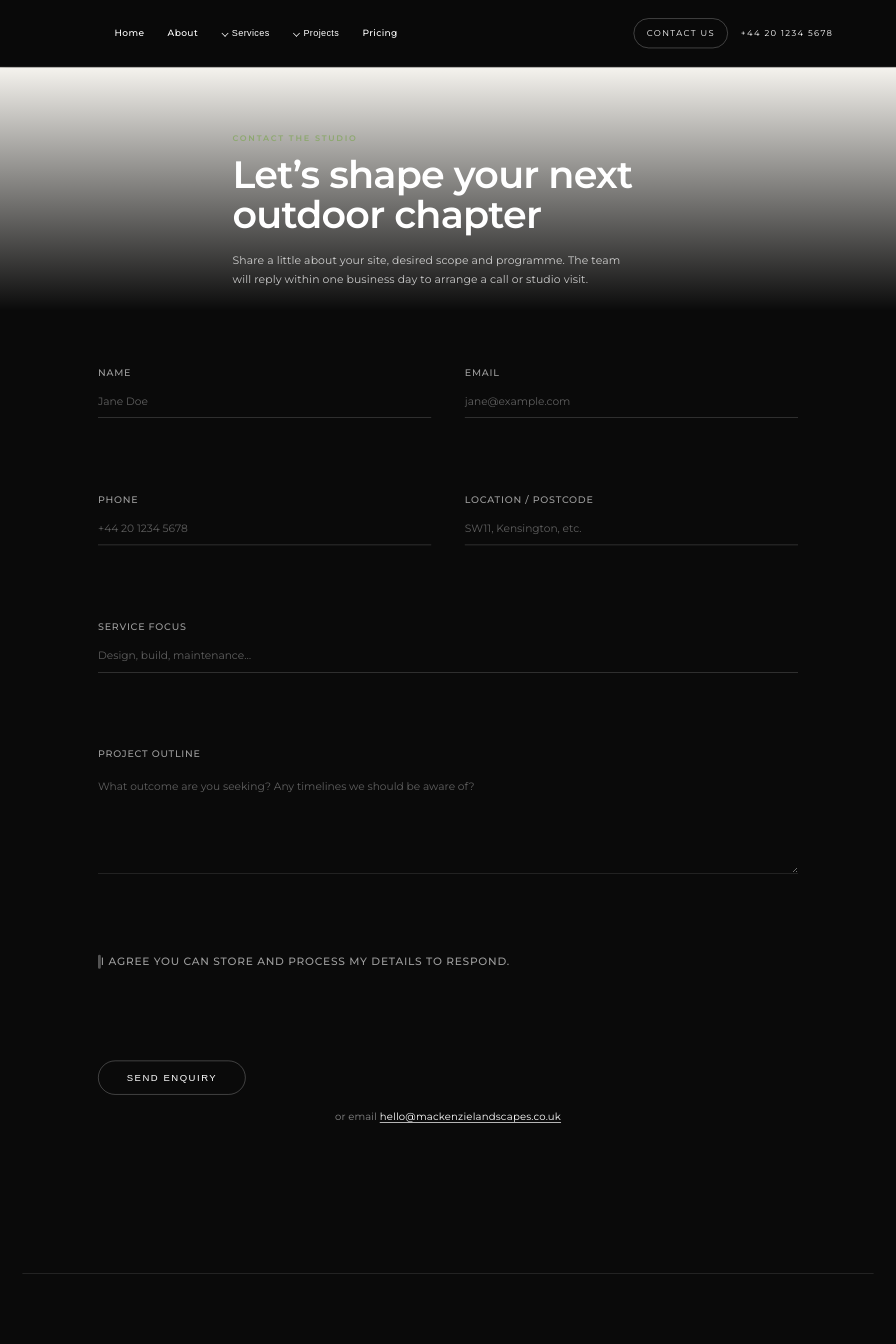
Repository: JoelMann1/MackenzieLandscapes
Page: contact.html
These files come from the project's save history. The page is drawn as it stood at one moment and after the next save; the edit follows.
The browser window is 1280 px wide. The pictures show the part of the page from y = 0 to 1920 px (the page is 2714 px tall before and 2614 px after), at 70% of full size.

Above is the page before, as saved 2025-10-22 16:20:11.

### contact.html
<!doctype html>
<html lang="en-GB">
<head>
  <meta charset="utf-8" />
  <meta name="viewport" content="width=device-width, initial-scale=1" />
  <title>Contact &mdash; Mackenzie Landscapes</title>
  <meta name="description" content="Send us a message for a quote. Simple form with name, email, and message.">
  <meta name="theme-color" content="#1B8A64">
  <link rel="canonical" href="https://mackenzielandscapes.uk/contact.html">
  <link rel="icon" href="assets/img/favicon.svg" type="image/svg+xml">
  <link rel="stylesheet" href="assets/css/styles.css">
  <meta property="og:title" content="Contact &mdash; Mackenzie Landscapes">
  <meta property="og:description" content="Tell us about your outdoor space and we will respond within one business day.">
  <meta property="og:type" content="website">
  <meta property="og:url" content="https://mackenzielandscapes.uk/contact.html">
  <meta property="og:image" content="https://mackenzielandscapes.uk/assets/img/IMG-4079-768x1024.jpg">
  <meta property="og:locale" content="en_GB">
</head>
<body class="page--dark">
<a class="skip-link" href="#content">Skip to content</a>
<header class="site-header site-header--light" data-header>
  <div class="nav-inner">
    <a class="logo" href="index.html" aria-label="Mackenzie Landscapes home">
      <svg aria-hidden="true" viewBox="0 0 64 64"><use href="assets/img/favicon.svg#leaf"/></svg>
      <span class="visually-hidden">Mackenzie Landscapes</span>
    </a>
    <nav class="primary-nav" aria-label="Primary">
      <ul class="menu" role="menubar">
        <li class="menu-item"><a role="menuitem" href="index.html">Home</a></li>
        <li class="menu-item"><a role="menuitem" href="about.html">About</a></li>
        <li class="menu-item has-panel" data-menu="services">
          <button class="menu-trigger" type="button" aria-expanded="false" aria-controls="panel-services" role="menuitem">
            Services
          </button>
          <div id="panel-services" class="menu-panel" role="menu" hidden>
            <div class="panel-col" role="none">
              <span class="panel-heading">Design &amp; Planning</span>
              <a role="menuitem" href="concept-and-design.html">Concept &amp; Design</a>
              <a role="menuitem" href="softscaping.html">Softscaping</a>
            </div>
            <div class="panel-col" role="none">
              <span class="panel-heading">Build &amp; Care</span>
              <a role="menuitem" href="hardscaping.html">Hardscaping</a>
              <a role="menuitem" href="tree-care.html">Tree Care</a>
              <a role="menuitem" href="commercial.html">Commercial</a>
              <a role="menuitem" href="maintenance.html">Maintenance</a>
            </div>
          </div>
        </li>
        <li class="menu-item has-panel" data-menu="projects">
          <button class="menu-trigger" type="button" aria-expanded="false" aria-controls="panel-projects" role="menuitem">
            Projects
          </button>
          <div id="panel-projects" class="menu-panel" role="menu" hidden>
            <div class="panel-col" role="none">
              <span class="panel-heading">Featured</span>
              <a role="menuitem" href="gallery.html">Gallery Overview</a>
              <a role="menuitem" href="gallery.html#lighting">Lighting &amp; ambience</a>
            </div>
            <div class="panel-col" role="none">
              <span class="panel-heading">Details</span>
              <a role="menuitem" href="gallery.html#hardscape">Hardscape detailing</a>
              <a role="menuitem" href="gallery.html#planting">Planting inspiration</a>
            </div>
          </div>
        </li>
        <li class="menu-item"><a role="menuitem" href="pricing.html">Pricing</a></li>
      </ul>
    </nav>
    <div class="nav-cta">
      <a class="cta" href="contact.html">Contact Us</a>
      <a class="phone" href="tel:+442012345678">+44 20 1234 5678</a>
    </div>
    <button class="mobile-menu-toggle" type="button" aria-label="Toggle mobile menu" aria-expanded="false" aria-controls="mobile-menu">
      <span class="hamburger-line"></span>
      <span class="hamburger-line"></span>
      <span class="hamburger-line"></span>
    </button>
  </div>
</header>

<!-- Mobile Menu Overlay -->
<div class="mobile-menu" id="mobile-menu" aria-hidden="true">
  <div class="mobile-menu__inner">
    <nav class="mobile-nav" aria-label="Mobile navigation">
      <ul class="mobile-menu__list">
        <li class="mobile-menu__item">
          <a href="index.html" class="mobile-menu__link">Home</a>
        </li>
        <li class="mobile-menu__item">
          <a href="about.html" class="mobile-menu__link">About</a>
        </li>
        <li class="mobile-menu__item mobile-menu__item--has-submenu">
          <button class="mobile-menu__link mobile-submenu-toggle" type="button" aria-expanded="false">
            Services
            <svg class="submenu-arrow" width="12" height="12" viewBox="0 0 12 12" fill="none">
              <path d="M2 4L6 8L10 4" stroke="currentColor" stroke-width="2" stroke-linecap="round"/>
            </svg>
          </button>
          <ul class="mobile-submenu">
            <li><a href="concept-and-design.html">Concept &amp; Design</a></li>
            <li><a href="softscaping.html">Softscaping</a></li>
            <li><a href="hardscaping.html">Hardscaping</a></li>
            <li><a href="tree-care.html">Tree Care</a></li>
            <li><a href="commercial.html">Commercial</a></li>
            <li><a href="maintenance.html">Maintenance</a></li>
          </ul>
        </li>
        <li class="mobile-menu__item mobile-menu__item--has-submenu">
          <button class="mobile-menu__link mobile-submenu-toggle" type="button" aria-expanded="false">
            Projects
            <svg class="submenu-arrow" width="12" height="12" viewBox="0 0 12 12" fill="none">
              <path d="M2 4L6 8L10 4" stroke="currentColor" stroke-width="2" stroke-linecap="round"/>
            </svg>
          </button>
          <ul class="mobile-submenu">
            <li><a href="gallery.html">Gallery Overview</a></li>
            <li><a href="gallery.html#residential">Residential Gardens</a></li>
            <li><a href="gallery.html#lighting">Lighting Schemes</a></li>
            <li><a href="gallery.html#hardscape">Hardscape Detailing</a></li>
          </ul>
        </li>
        <li class="mobile-menu__item">
          <a href="pricing.html" class="mobile-menu__link">Pricing</a>
        </li>
      </ul>
      <div class="mobile-menu__cta">
        <a class="mobile-cta-btn" href="contact.html">Contact Us</a>
        <a class="mobile-phone" href="tel:+442012345678">+44 20 1234 5678</a>
      </div>
    </nav>
  </div>
</div>
<main id="content">

<section class="page-hero page-hero--contact page-hero--dark">
  <div class="container narrow">
    <p class="eyebrow eyebrow--light">Contact the studio</p>
    <h1 class="section-title section-title--display">Let&rsquo;s shape your next outdoor chapter</h1>
    <p class="page-hero__lede">Share a little about your site, desired scope and programme. The team will reply within one business day to arrange a call or studio visit.</p>
  </div>
</section><div id="header-sentinel" aria-hidden="true"></div>

<section class="section section--contact">
  <div class="container contact">
    <form id="contact-form" class="contact-form" action="https://formspree.io/f/YOUR_FORM_ID" method="POST" novalidate>
      <div class="field">
        <label for="name">Name</label>
        <input id="name" name="name" type="text" required placeholder="Jane Doe" autocomplete="name">
        <small class="error" data-for="name"></small>
      </div>
      <div class="field">
        <label for="email">Email</label>
        <input id="email" name="email" type="email" required placeholder="jane@example.com" autocomplete="email">
        <small class="error" data-for="email"></small>
      </div>
      <div class="field">
        <label for="phone">Phone</label>
        <input id="phone" name="phone" type="tel" required placeholder="+44 20 1234 5678" autocomplete="tel">
        <small class="error" data-for="phone"></small>
      </div>
      <div class="field">
        <label for="location">Location / Postcode</label>
        <input id="location" name="location" type="text" required placeholder="SW11, Kensington, etc." autocomplete="postal-code">
        <small class="error" data-for="location"></small>
      </div>
      <div class="field field--full">
        <label for="services">Service focus</label>
        <input id="services" name="services" type="text" required placeholder="Design, build, maintenance&hellip;">
        <small class="error" data-for="services"></small>
      </div>
      <div class="field field--full">
        <label for="message">Project outline</label>
        <textarea id="message" name="message" rows="6" required placeholder="What outcome are you seeking? Any timelines we should be aware of?"></textarea>
        <small class="error" data-for="message"></small>
      </div>
      <div class="field field--checkbox field--full">
        <label class="checkbox-label">
          <input type="checkbox" name="consent" required class="checkbox-input">
          <span class="checkbox-custom"></span>
          <span class="checkbox-text">I agree you can store and process my details to respond.</span>
        </label>
        <small class="error" data-for="consent"></small>
      </div>
      <input type="hidden" name="_subject" value="New enquiry from Mackenzie Landscapes site">
      <div class="contact-form__actions">
        <button class="btn btn--outline-light" type="submit">Send enquiry</button>
        <span class="contact-form__alt">or email <a href="mailto:hello@mackenzielandscapes.co.uk">hello@mackenzielandscapes.co.uk</a></span>
      </div>
      <p class="form-status" role="status" aria-live="polite"></p>
    </form>
  </div>
</section>

</main>
<footer class="site-footer">
  <div class="container">
    <div class="footer-hero">
      <h2 class="footer-hero__title">
        <span class="footer-hero__line" data-footer-line>Let's create</span>
        <span class="footer-hero__line footer-hero__line--large" data-footer-line>something</span>
        <span class="footer-hero__line footer-hero__line--accent" data-footer-line>extraordinary</span>
      </h2>
      <div class="footer-hero__cta" data-footer-fade>
        <a href="contact.html" class="footer-cta-btn">Start a project</a>
      </div>
    </div>

    <div class="footer-content">
      <div class="footer-main">
        <div class="footer-brand" data-footer-fade>
          <h3>Mackenzie<br>Landscapes</h3>
          <p>Modern landscaping &amp; garden design for Central &amp; South West London.</p>
        </div>

        <nav class="footer-nav" aria-label="Footer navigation" data-footer-fade>
          <div class="footer-nav__col">
            <h4>Explore</h4>
            <ul>
              <li><a href="about.html">About</a></li>
              <li><a href="gallery.html">Gallery</a></li>
              <li><a href="concept-and-design.html">Design</a></li>
              <li><a href="maintenance.html">Maintenance</a></li>
            </ul>
          </div>
          <div class="footer-nav__col">
            <h4>Connect</h4>
            <ul>
              <li><a href="contact.html">Contact</a></li>
              <li><a href="pricing.html">Pricing</a></li>
              <li><a href="tel:+442012345678">+44 20 1234 5678</a></li>
              <li><a href="mailto:hello@mackenzielandscapes.co.uk">Get in touch</a></li>
            </ul>
          </div>
        </nav>
      </div>

      <div class="footer-bottom" data-footer-fade>
        <div class="footer-meta">
          <p>&copy; <span id="year"></span> Mackenzie Landscapes</p>
          <p>Mon&ndash;Fri 09:00&ndash;17:00</p>
        </div>
        <div class="footer-legal">
          <a href="#">Privacy</a>
          <a href="#">Terms</a>
        </div>
      </div>
    </div>
  </div>
</footer>
<script src="assets/js/main.js"></script>
</body>
</html>

Loaded but not shown: assets/js/main.js (486 lines, source omitted); assets/css/styles.css (3139 lines, source omitted)

After the next save:
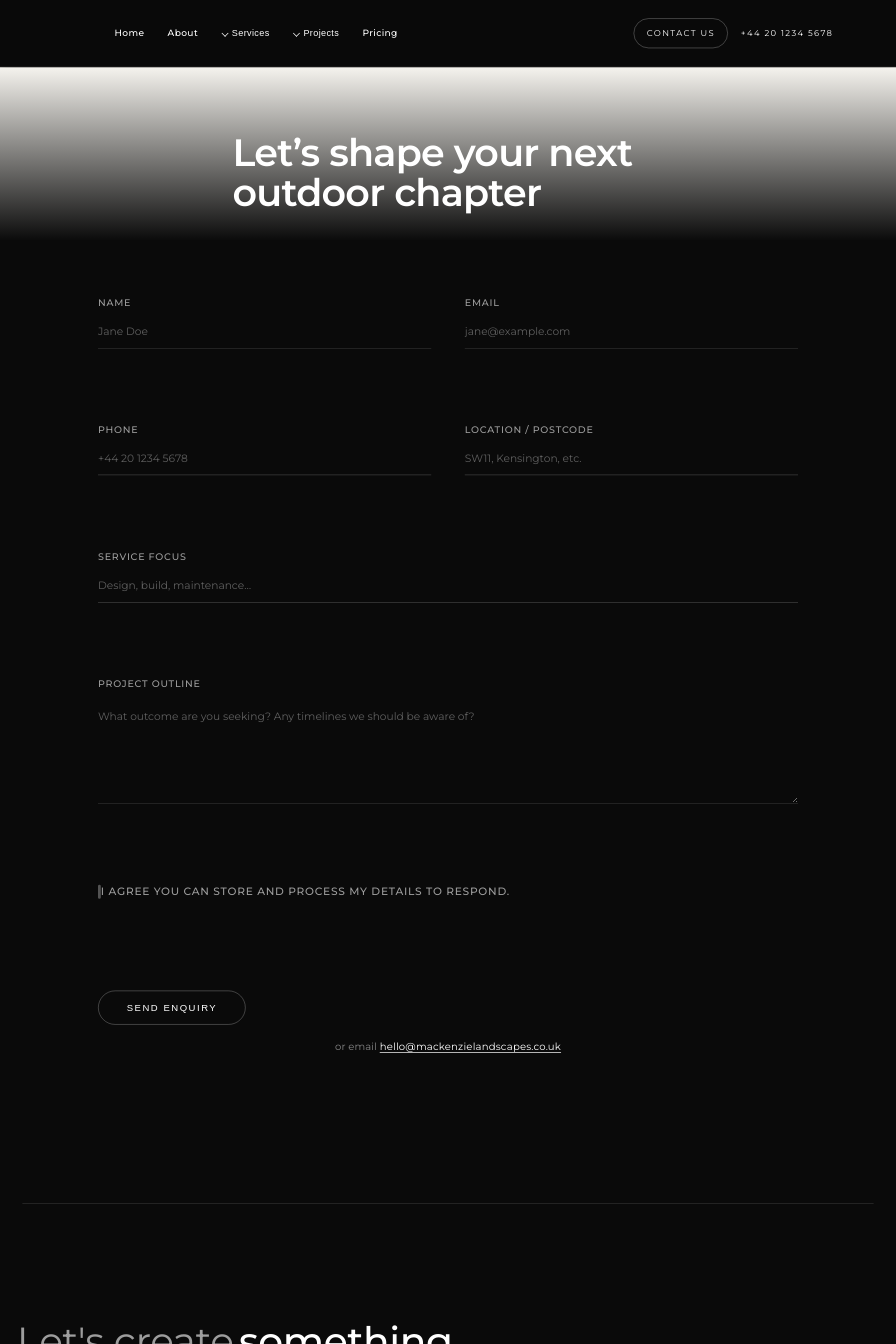
Saved 2 min 16 s later.
--- a/contact.html
+++ b/contact.html
@@ -135,9 +135,7 @@
 
 <section class="page-hero page-hero--contact page-hero--dark">
   <div class="container narrow">
-    <p class="eyebrow eyebrow--light">Contact the studio</p>
     <h1 class="section-title section-title--display">Let&rsquo;s shape your next outdoor chapter</h1>
-    <p class="page-hero__lede">Share a little about your site, desired scope and programme. The team will reply within one business day to arrange a call or studio visit.</p>
   </div>
 </section><div id="header-sentinel" aria-hidden="true"></div>
 
